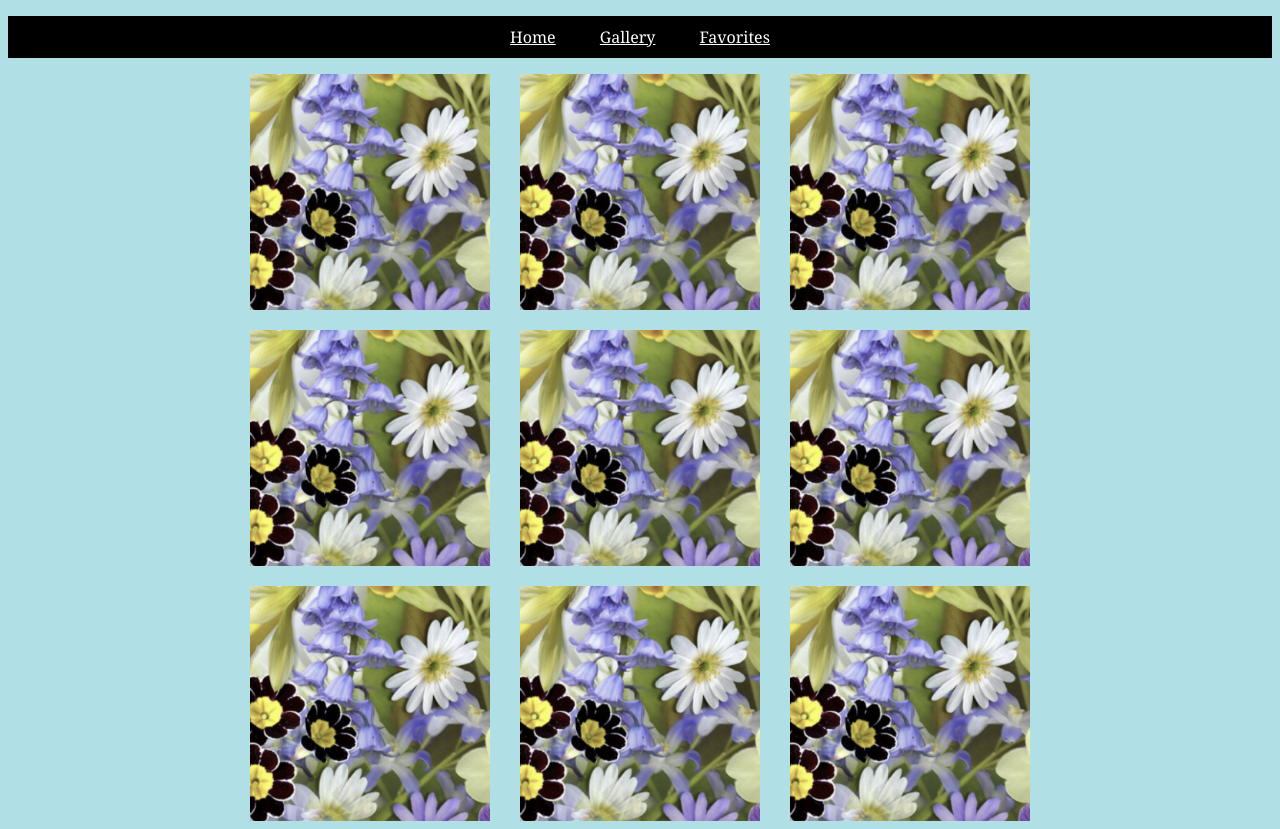
Repository: Brittany-Westlund/WebDesign
Page: Assignment3/gallery.html
The author's editor kept a copy of each file at every save. The page is drawn from the files as they stood at one save, then again after the next save.
The browser window is 1280 px wide. The pictures show the whole page.

Above is the page before, as saved 2025-06-04 23:17:29.

After the next save:
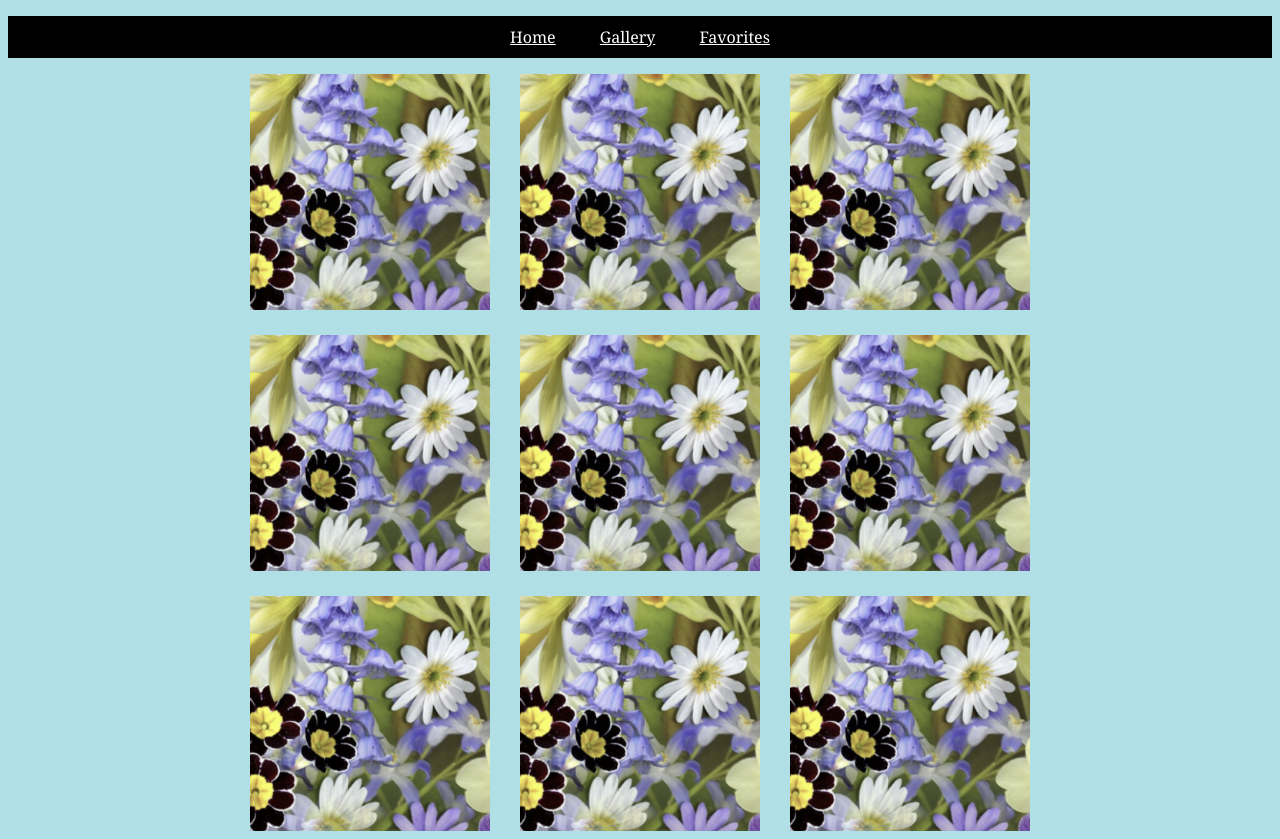
Saved 12 s later.
--- a/Assignment3/style/style.css
+++ b/Assignment3/style/style.css
@@ -54,7 +54,7 @@
     justify-content: center;
     max-width: 800px; /* optional: keeps the grid from stretching too far */
     margin: 0 auto;
-    row-gap: 20px; /* vertical spacing */
+    row-gap: 25px; /* vertical spacing */
     column-gap: 10px; /* horizontal spacing */
     }
 
